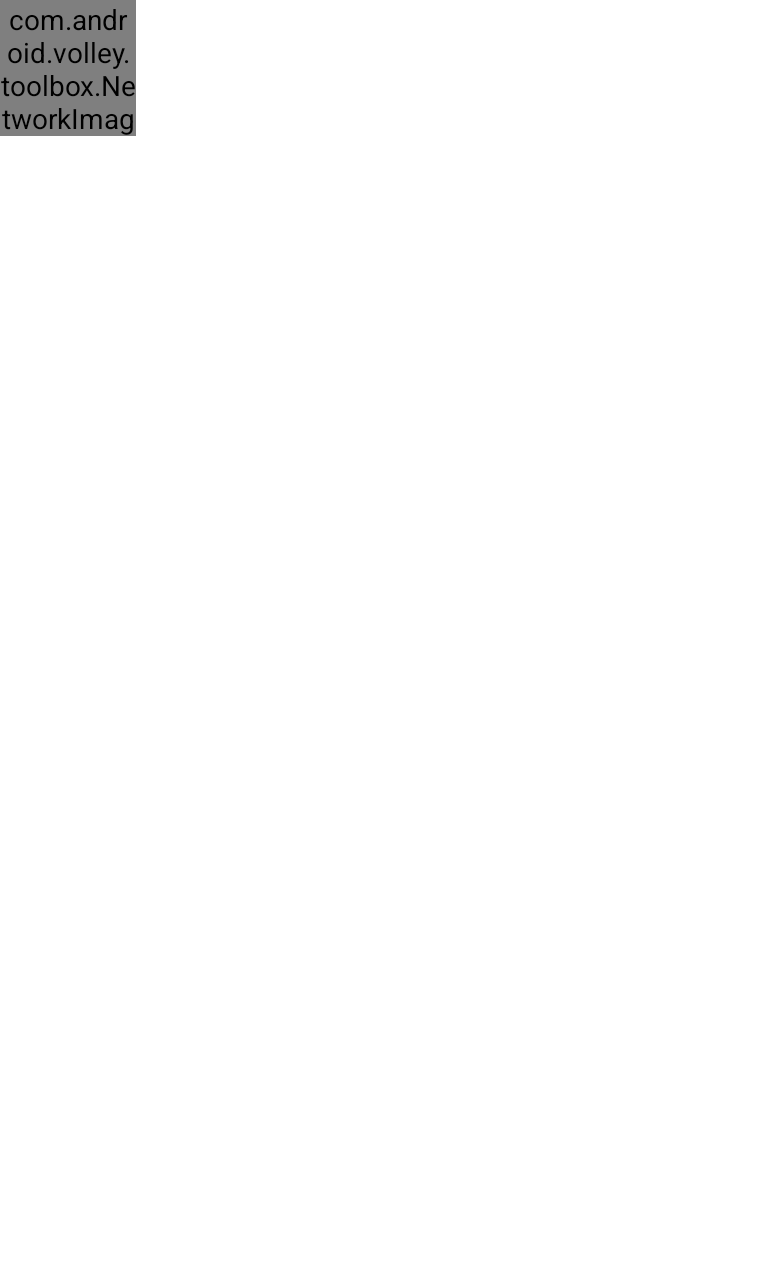
Repository: fatio/Nower
Layout: Android_Client_Source/EnjoyIt/res/layout/gridview_imageview_item.xml
These files come from the project's save history. The layout is drawn as it stood at one moment and after the next save; the edit follows.
Pictures or frames that could not be fetched are drawn as grey boxes. It is drawn on a 768 x 1280 px phone screen (xhdpi) without system bars, with theme AppTheme; the app's code is not run.

Above is the layout before, as saved 2015-12-26 18:55:20.

After the next save:
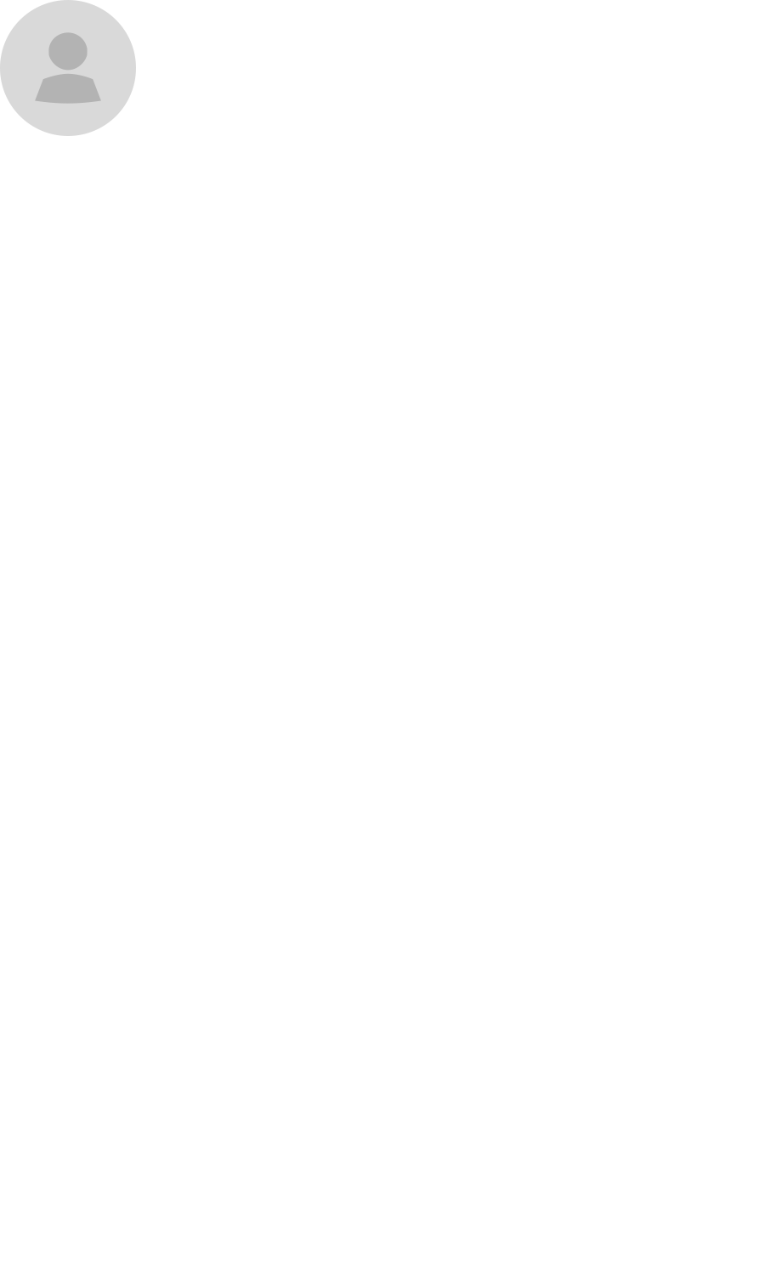
Saved 108 s later.
--- a/Android_Client_Source/EnjoyIt/res/layout/gridview_imageview_item.xml
+++ b/Android_Client_Source/EnjoyIt/res/layout/gridview_imageview_item.xml
@@ -4,7 +4,7 @@
     android:layout_height="wrap_content"
     android:orientation="vertical" >
 
-   <com.android.volley.toolbox.NetworkImageView
+   <ImageView
         android:id="@+id/iv_imageview"
         android:layout_width="68dp"
         android:layout_height="68dp"
